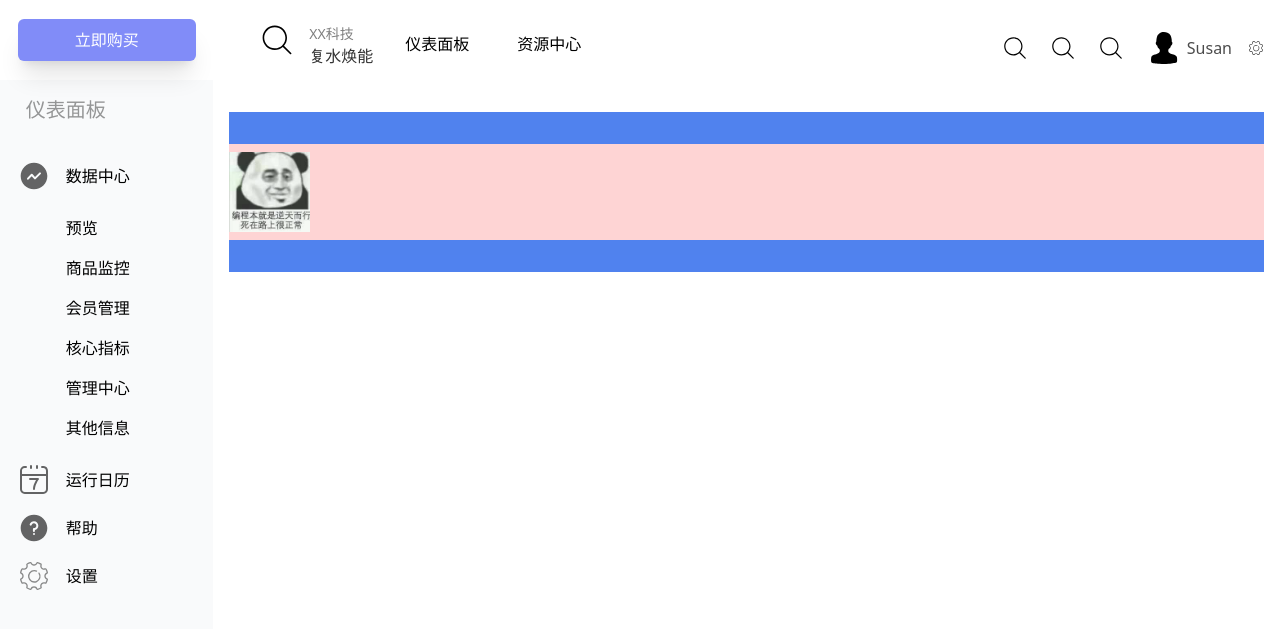
Repository: LiuRuohui/useWater
Page: /
The author's editor kept a copy of each file at every save. The page is drawn from the files as they stood at one save, then again after the next save.
The browser window is 1280 px wide. The pictures show the whole page.
The project was rebuilt for these pictures with package versions that can differ from the ones it lists, and the page was loaded fresh each time. Also part of the build but not shown: vite.config.js.

Above is the page before, as saved 2022-04-06 23:10:53.

### src/App.vue
<script setup>
import HelloWorld1 from './components/HelloWorld.vue';
</script>

<template>
  <HelloWorld1></HelloWorld1>
</template>

<style>
</style>

### src/index.css
@tailwind base;
@tailwind components;
.inputFrame {
    @apply appearance-none rounded-none relative block w-full px-3 py-2 border border-gray-300 placeholder-gray-500 text-gray-900
}

.inputFrame:focus {
    @apply outline-none border-indigo-500 z-10 inline-block px-5 py-3 rounded-lg shadow-lg
}

.btn {
    @apply relative flex w-full justify-center py-2 border border-transparent font-medium rounded-md text-white bg-indigo-400
}

.btn:hover {
    @apply bg-indigo-500
}

.btn:focus {
    @apply outline-none ring-2 ring-offset-2 ring-indigo-400
}

@tailwind utilities;

### src/components/HelloWorld.vue
<script setup>

</script>

<template>
<div class="w-full h-screen flex flex-row select-none">
  <div class="w-1/5 h-screen justify-center items-center flex flex-col">
    <div class="w-full h-20 justify-center items-center flex">
        <div class="w-5/6">
            <button class="btn text-white justify-center items-center shadow-xl">立即购买</button>
        </div>
    </div>
    <div class="w-full flex flex-grow bg-gray-50 justify-center">
        <div class="w-5/6 pt-4 flex flex-col">
            <div class="h-8 text-xl opacity-40 pl-2">仪表面板</div>
            <div class="mt-4 flex flex-grow flex-col">
                <div class="flex flex-col py-2 hover:cursor-pointer">
                    <div class="flex flex-row py-2 hover:bg-blue-200 hover:cursor-pointer">
                      <img src="../assets/数据.svg" alt="" class="h-8 opacity-60">
                      <div class="pl-4 pt-1">数据中心</div>
                    </div>
                    <div class="mt-2 flex flex-col hover:cursor-pointer">
                        <div class="py-2 pl-12 hover:bg-blue-200">预览</div>
                        <div class="py-2 pl-12 hover:bg-blue-200">商品监控</div>
                        <div class="py-2 pl-12 hover:bg-blue-200">会员管理</div>
                        <div class="py-2 pl-12 hover:bg-blue-200">核心指标</div>
                        <div class="py-2 pl-12 hover:bg-blue-200">管理中心</div>
                        <div class="py-2 pl-12 hover:bg-blue-200">其他信息</div>
                    </div>
                </div>
                <div class="flex flex-row py-2 hover:bg-blue-200 hover:cursor-pointer">
                  <img src="../assets/日历.svg" alt="" class="h-8 opacity-60">
                  <div class="pl-4 pt-1">运行日历</div>
                </div>
                <div class="flex flex-row py-2 hover:bg-blue-200 hover:cursor-pointer">
                  <img src="../assets/帮助.svg" alt="" class="h-8 opacity-60">
                  <div class="pl-4 pt-1">帮助</div>
                </div>
                <div class="flex flex-row py-2 hover:bg-blue-200 hover:cursor-pointer">
                  <img src="../assets/设置.svg" alt="" class="h-8 opacity-60">
                  <div class="pl-4 pt-1">设置</div>
                </div>
            </div>
        </div>
    </div>
  </div>
  <div class="w-full flex flex-grow flex-col">
      <div class="flex flex-row h-24">
          <img src="../assets/搜索.svg" alt="" class="h-8 mt-6 pl-12 hover:cursor-pointer">
          <div class="flex flex-col pt-6 px-4 hover:cursor-pointer">
              <div class="text-sm opacity-50">XX科技</div>
              <div class="text-md opacity-80">复水焕能</div>
          </div>
          <div class="text-base px-4 pt-8 hover:cursor-pointer">仪表面板</div>
          <div class="text-base px-8 pt-8 hover:cursor-pointer">资源中心</div>
          <div class="flex flex-grow flex-row-reverse">
              <img src="../assets/设置.svg" alt="" class="h-4 mt-10 mr-4 hover:cursor-pointer hover:bg-blue-100">
              <span class="my-9 mr-4 text-black text-base opacity-70 hover:cursor-pointer hover:bg-blue-100">Susan</span>
              <img src="../assets/用户.svg" alt="" class="h-8 mt-8 mr-2 hover:cursor-pointer hover:bg-blue-100">
              <img src="../assets/搜索.svg" alt="" class="h-6 mt-9 mr-6 hover:cursor-pointer hover:bg-blue-100">
              <img src="../assets/搜索.svg" alt="" class="h-6 mt-9 mr-6 hover:cursor-pointer hover:bg-blue-100">
              <img src="../assets/搜索.svg" alt="" class="h-6 mt-9 mr-6 hover:cursor-pointer hover:bg-blue-100">
          </div>
      </div>
      <div class="m-4 bg-blue-600 h-40 opacity-80">
          <div class="flex flex-row h-24 bg-red-200 my-8">
              <img src="../assets/测试图片.jpg" alt="" class="h-20 my-auto">
              <div class="">

              </div>
          </div>
      </div>
  </div>
</div>
</template>

<style scoped>

</style>

### tailwind.config.js
module.exports = {
    content: [
        "./index.html",
        "./src/**/*.{vue,js,ts,jsx,tsx}",
    ],
    theme: {
        extend: {},
    },
    variants: {
        backgroundColor: ['responsive', 'hover', 'focus', 'active']
    },
    plugins: [],
}

Loaded but not shown: index.html (common file); src/main.js (common file)

After the next save:
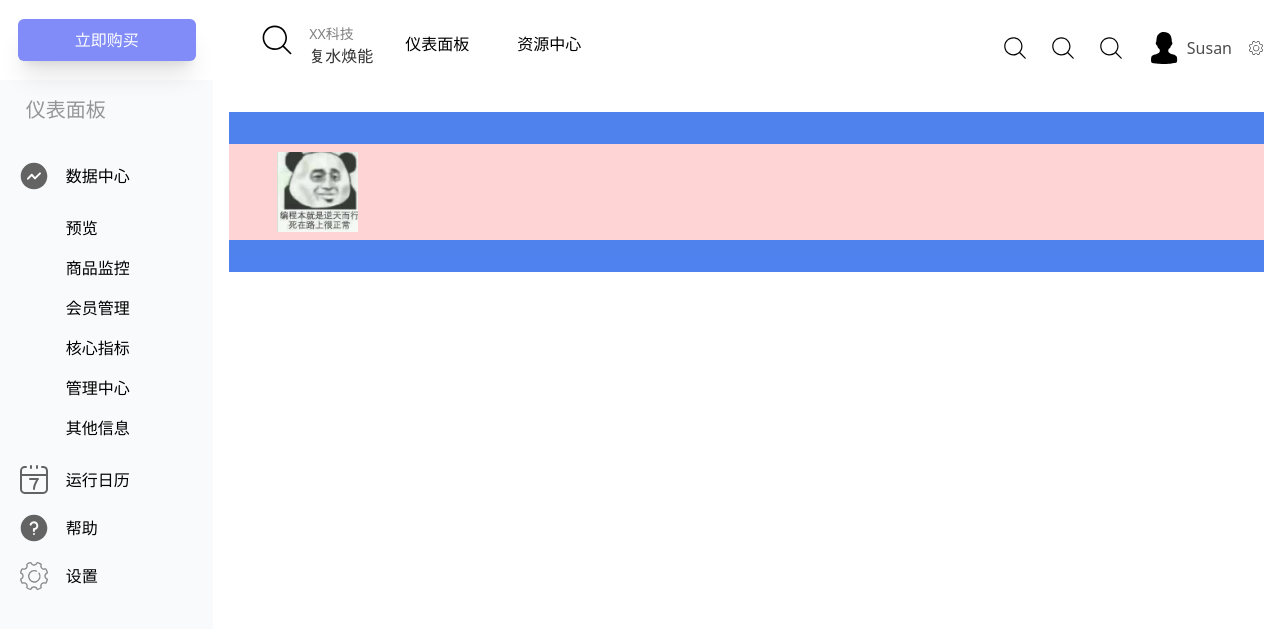
Saved 8 s later.
--- a/src/components/HelloWorld.vue
+++ b/src/components/HelloWorld.vue
@@ -64,7 +64,7 @@
       </div>
       <div class="m-4 bg-blue-600 h-40 opacity-80">
           <div class="flex flex-row h-24 bg-red-200 my-8">
-              <img src="../assets/测试图片.jpg" alt="" class="h-20 my-auto">
+              <img src="../assets/测试图片.jpg" alt="" class="h-20 my-auto pl-12">
               <div class="">
 
               </div>
